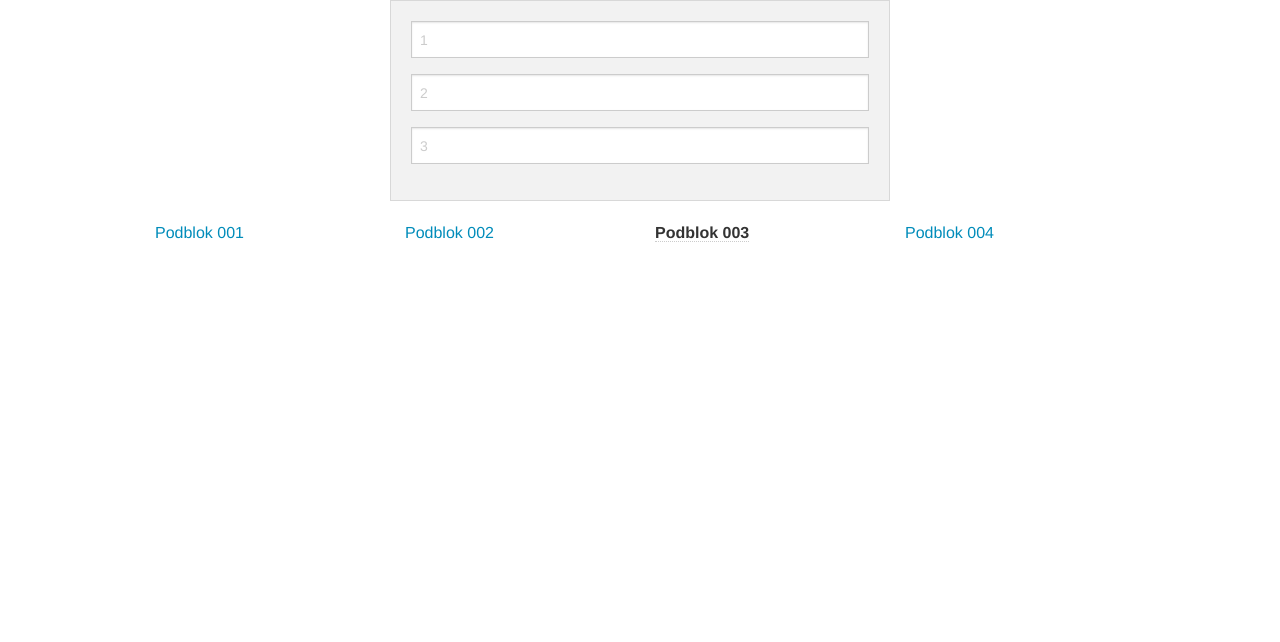
Repository: binczyk/RepoComarch
Page: strona/WebContent/foundation-5.5.2/exercise2.html
An editor plug-in stored every save of this project. The page is shown before and after the next save, followed by the edit.
The browser window is 1280 px wide. The pictures show the whole page.

Above is the page before, as saved 2015-07-14 07:57:53.

After the next save:
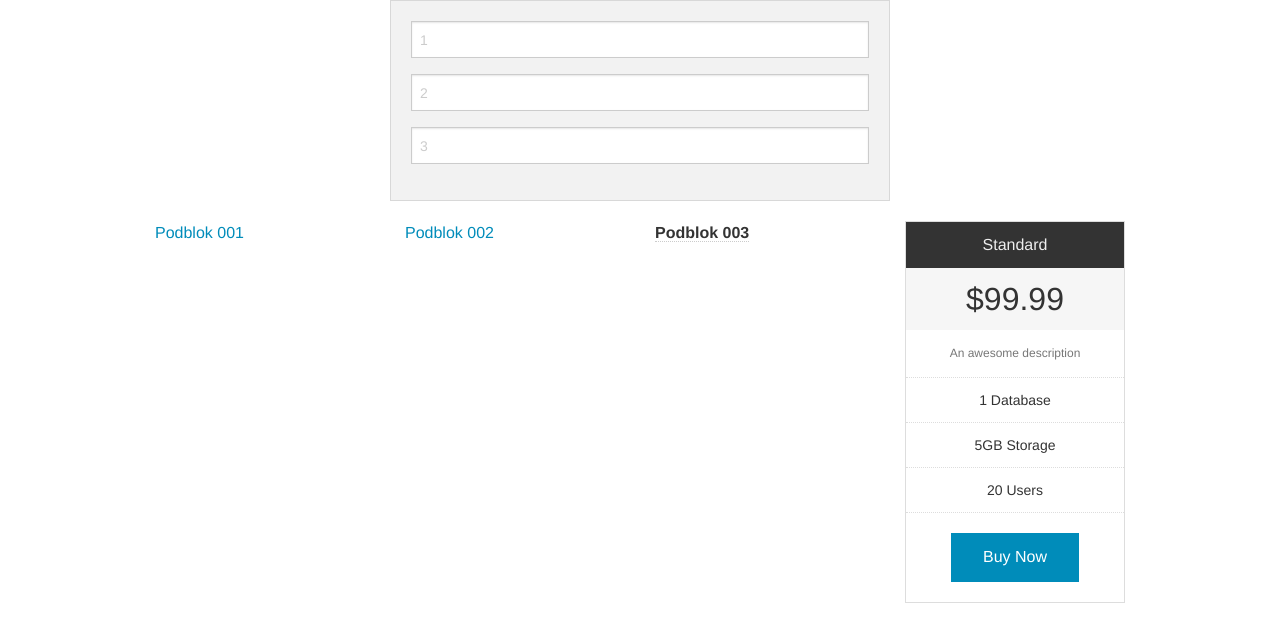
Saved 114 s later.
--- a/strona/WebContent/foundation-5.5.2/exercise2.html
+++ b/strona/WebContent/foundation-5.5.2/exercise2.html
@@ -32,10 +32,21 @@
 		<div class="small-6 columns">
 			<div class="row">
 				<div class="small-6 columns">
-					<a href="#"><span data-tooltip aria-haspopup="true" class="has-tip" title="Tooltips are awesome, you should totally use them!">Podblok 003</span></a>
+					<a href="#"><span data-tooltip aria-haspopup="true"
+						class="has-tip"
+						title="Tooltips are awesome, you should totally use them!">Podblok
+							003</span></a>
 				</div>
 				<div class="small-6 columns">
-					<a href="#">Podblok 004</a>
+					<ul class="pricing-table">
+						<li class="title">Standard</li>
+						<li class="price">$99.99</li>
+						<li class="description">An awesome description</li>
+						<li class="bullet-item">1 Database</li>
+						<li class="bullet-item">5GB Storage</li>
+						<li class="bullet-item">20 Users</li>
+						<li class="cta-button"><a class="button" href="#">Buy Now</a></li>
+					</ul>
 				</div>
 			</div>
 		</div>
